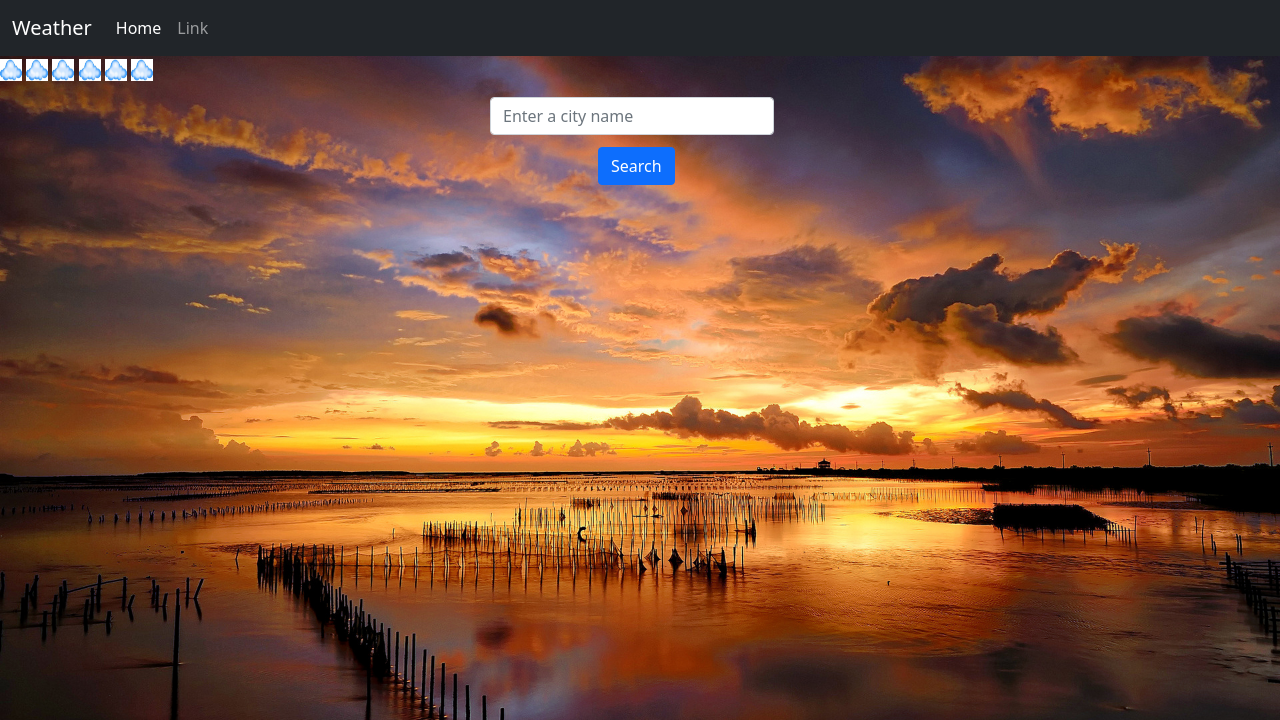
Repository: rohitbharti258/Project_Weather_finder
Page: index.html
These files come from the project's save history. The page is drawn as it stood at one moment and after the next save; the edit follows.
The browser window is 1280 px wide. The pictures show the whole page.

Above is the page before, as saved 2022-02-28 12:52:44.

### index.html
<!DOCTYPE html>
<html lang="en">

<head>
    <meta charset="UTF-8">
    <meta http-equiv="X-UA-Compatible" content="IE=edge">
    <meta name="viewport" content="width=device-width, initial-scale=1.0">
    <title>Weather App</title>
    <link rel="stylesheet" href="style.css">
    <link href="https://cdn.jsdelivr.net/npm/bootstrap@5.1.3/dist/css/bootstrap.min.css" rel="stylesheet"
        integrity="sha384-1BmE4kWBq78iYhFldvKuhfTAU6auU8tT94WrHftjDbrCEXSU1oBoqyl2QvZ6jIW3" crossorigin="anonymous">
</head>

<body>
    <nav class="navbar navbar-expand-lg navbar-dark bg-dark">
        <div class="container-fluid">
            <a class="navbar-brand" href="#">Weather</a>
            <button class="navbar-toggler" type="button" data-bs-toggle="collapse"
                data-bs-target="#navbarSupportedContent" aria-controls="navbarSupportedContent" aria-expanded="false"
                aria-label="Toggle navigation">
                <span class="navbar-toggler-icon"></span>
            </button>
            <div class="collapse navbar-collapse" id="navbarSupportedContent">
                <ul class="navbar-nav me-auto mb-2 mb-lg-0">
                    <li class="nav-item">
                        <a class="nav-link active" aria-current="page" href="#">Home</a>
                    </li>
                    <li class="nav-item">
                        <a class="nav-link" href="#">Link</a>
                    </li>
                </ul>
            </div>
        </div>
    </nav>
    <div class="cloud">
        <img src="./clouds.jpg" alt="" srcset="">
        <img src="./clouds.jpg" alt="" srcset="">
        <img src="./clouds.jpg" alt="" srcset="">
        <img src="./clouds.jpg" alt="" srcset="">
        <img src="./clouds.jpg" alt="" srcset="">
        <img src="./clouds.jpg" alt="" srcset="">
    </div>
    <div class="container my-3">
        <div class="form">
        <form class="row g-3 ">
            <div class="col-auto" style="width: 300px;">
                <input type="text" class="form-control" id="inputPassword2" placeholder="Enter a city name">
            </div>
            <div class="col-auto">
                <button type="submit" class="btn btn-primary mb-3">Search</button>
            </div>
        </form>
        </div>
    <!-- </div> -->
    <div class="weatherBox">

    </div>
    </div>
    <script src="index.js"></script>
    <!-- <script src="https://cdn.jsdelivr.net/npm/@popperjs/core@2.10.2/dist/umd/popper.min.js"
        integrity="sha384-7+zCNj/IqJ95wo16oMtfsKbZ9ccEh31eOz1HGyDuCQ6wgnyJNSYdrPa03rtR1zdB"
        crossorigin="anonymous"></script>
    <script src="https://cdn.jsdelivr.net/npm/bootstrap@5.1.3/dist/js/bootstrap.min.js"
        integrity="sha384-QJHtvGhmr9XOIpI6YVutG+2QOK9T+ZnN4kzFN1RtK3zEFEIsxhlmWl5/YESvpZ13"
        crossorigin="anonymous"></script>
    <script type="module" src="https://unpkg.com/ionicons@5.5.2/dist/ionicons/ionicons.esm.js"></script>
    <script nomodule src="https://unpkg.com/ionicons@5.5.2/dist/ionicons/ionicons.js"></script> -->
</body>

<!-- // <img src="https://img.icons8.com/color/48/000000/wet.png"/>
// <img src="https://img.icons8.com/color/48/000000/partly-cloudy-day--v1.png"/>
// <img src="https://img.icons8.com/color/48/000000/rain--v2.png"/>  -->


</html>

### style.css
body {
    /* background:linear-gradient(180deg,#5959b3 0%,skyBlue 100%); */
    background: url("./img/bgimg.jpg");
    /* background: url("https://cdn.wallpapersafari.com/43/51/iQEfDy.jpg"); */
    background-repeat: no-repeat;
    background-size: cover;
    width: 100vw;
    height: 100vh;
}

.form {
    width: 300px;
    margin: 0 auto;
}

.weatherBox {
    margin-left: 120px;
    width: 235px;
    height: 300px;
    margin: 0 auto;
}

.Box {
    display: flex;
    flex-direction: column;
    width: 100%;
    box-shadow: 0px 20px 20px rgba(255, 255, 255, 0.3);
    height: 100%;
    /* border:2px solid; */
    /* border-color: linear-gradient(red,blue); */
    border-radius: 10px;
}

.temp {
    margin-bottom: 15px;
    display: flex;
    justify-content: space-around;
    flex-direction: column;
    float: right;
    font-size: 13px;
    position: absolute;
    right: 40px;
    font-family: -apple-system, BlinkMacSystemFont, 'Segoe UI', Roboto, Oxygen, Ubuntu, Cantarell, 'Open Sans', 'Helvetica Neue', sans-serif;
}

.tempNow {
    text-align: center;
}

.minmax {
    display: flex;
    justify-content: center;
    /* display: none; */
}

.minmax :first-child {
    margin-right: 5px;
}

.cardBox {
    /* border: 2px solid red; */
    width: 100%;
    height: 100%;
    position: relative;
    display: flex;
    justify-content: center;
    align-items: center;
    z-index: 10;
    background: linear-gradient( 135deg, #2196f3, #00bcd4);
    /* border-radius: 20px; */
    /* border-bottom: 2px solid red; */
}

.content {
    width: 100%;
    height: 170px;
    /* border: 1px solid green; */
    /* border: 1px solid #009688; */
    /* border-radius: 20px; */
    border-top: none;
    padding: 30px;
    position: relative;
    backdrop-filter: blur(10px);
    background: linear-gradient( 45deg, black, transparent);
}


/* .content::before{
    content: "";
    position: absolute;
    top: -15px;
    width: 16px;
    left: -1px;
    z-index: 1;
    background: linear-gradient(45deg,black,transparent);
        backdrop-filter:blur(10px);
    height: 16px; */


/* } */


/* .content::after{
    content: "";
    position: absolute;
    top: -12px;
    width: 1px;
    right: -1px; background:#009688;
    height: 10px;
} */

.location {
    display: flex;
    justify-content: space-between;
}

.weather {
    display: flex;
    justify-content: space-between;
}

img {
    width: 22px;
    height: 22px;
}

span p {
    text-align: center;
}

.cardinfo {
    width: 350px;
    display: flex;
}

.date {
    position: absolute;
    top: 0;
    right: 10px;
}

.name {
    position: absolute;
    top: 0;
    left: 10px;
}

.cloudinfo img {
    width: 68px;
    height: 68px;
}

.cloudinfo p {
    font-size: 13px;
    color: rgb(15, 7, 7);
    text-align: center;
}

.content span {
    text-align: center;
}

span p {
    font-size: 10px;
    color: white;
    text-align: center;
    display: flex;
    flex-direction: column;
    align-items: center;
    margin: 0;
}

.form :nth-child(2) {
    margin: 12px auto;
    width: 100px;
}

### index.js
console.log("Weather app")
const btn = document.querySelector(".btn");
const input = document.querySelector(".form-control");
const api = "51d41d6f1c399b2abc7a3fcbfbb057c7";
const weatherBox = document.querySelector(".weatherBox")
let city = "";
const arr = ["Jan", "Feb", "Mar", "Apr", "May", "Jun", "Jul", "Aug", "Sep", "Oct", "Nov", "Dec"];
btn.addEventListener("click", (e) => {
    console.log(e);
    e.preventDefault();
    let str2 = ""
    city = input.value;
    console.log(city)
    input.value = ""
    const xhr = new XMLHttpRequest();
    xhr.open("GET", `https://api.openweathermap.org/data/2.5/weather?q=${city}&appid=${api}`, true);

    xhr.onload = function() {
        let obj = JSON.parse(this.responseText);
        console.log(obj.cod)
        if (obj.cod === 429) {
            str2 += obj.message;
            weatherBox.innerHTML = str2;
        } else
        if (this.status == 200) {

            let ob = [];
            // console.log(ob.push(...obj))/
            let cardbox = document.querySelector(".cardBox");
            let content = document.querySelector(".content")
            str = "";
            str2 = "";
            let sunrise = displayEndtime(obj.sys.sunrise);
            let sunset = displayEndtime(obj.sys.sunset);
            let date = displayDay();
            let c = `&#8451`;
            if (obj.cod == "404") {

            } else {
                str += `
            <div class="Box">
                <div class="cardBox">
                    <div class="cloudinfo">
                      <img src=${"./img/"}${obj.weather[0].main}${".png"}>
                      <p>${obj.weather[0].main}${" | "}${"Feels like "}${(obj.main.feels_like-273).toFixed(0)}${c}</p>
                    </div>
                    <div class="name">
                       <span>${obj.name}${" ,"}${obj.sys.country}</span>
                    </div>
                    <div class="date">
                       <p>${date}</p>
                    </div>
                    <div class="temp">
                        <span class="tempNow">${(obj.main.temp -273.15).toFixed(0)}${c}</span>
                        <div class="minmax">
                           <span class="mintemp">${(obj.main.temp_min-273.15).toFixed(0)}${c}</span>
                           <span class="maxtemp">${(obj.main.temp_max-273.15).toFixed(0)}${c}</span>
                        </div>
                    </div>
                </div>
                <div class="content">
                    <div class="weather">
                        <span class="humidity"><img src="./img/blur.png"/>
                           <p>${obj.main.humidity}${"%"}</p>
                           <p>Humidity</p>
                        </span>
                        <span class="wind"><img src="./img/wind.png"/>
                           <p>${obj.wind.speed}${"m/s"}</p>
                           <p>Wind</p>
                        </span>
                        <span class="sunrise"> <img src="./img/sunrise.png"/>
                           <p>${sunrise}</p>
                           <p>Sunrise</p>
                        </span>
                    </div>
                    <div class="location">
                        <span class="lat">  <img src="./img/latitude.png"/>
                          <p>${obj.coord.lat.toFixed(2)}</p>
                          <p>Latitude</p>
                        </span>
                        <span class="lon"> <img src="./img/longitude.png"/>
                          <p>${obj.coord.lon.toFixed(2)}</p><p>Longitude</p></span>
                        <span class="sunrise"><img src="./img/sunset.png"/>
                          <p>${sunset}</p>
                          <p>Sunset</p>
                        </span>
                    </div>
                </div>
            </div>`;
                weatherBox.innerHTML = str;
                // console.log(str);
            }
        } else {
            console.log("error");
            str2 += "City not found";
            weatherBox.innerHTML = str2;
        }
    }
    xhr.send();
});

function displayEndtime(tstamp) {
    const end = new Date(tstamp);

    const hour = end.getHours();
    const min = end.getMinutes();
    const dis = `${hour > 12 ? hour - 12 : hour}:${min < 10 ? "0" : ""}${min}`;
    return dis;
}

function displayDay() {
    const end = new Date();

    const date = end.getDate();
    const mon = end.getMonth();
    const dis = `${arr[mon]}${","}${date}`;
    return dis;
}

After the next save:
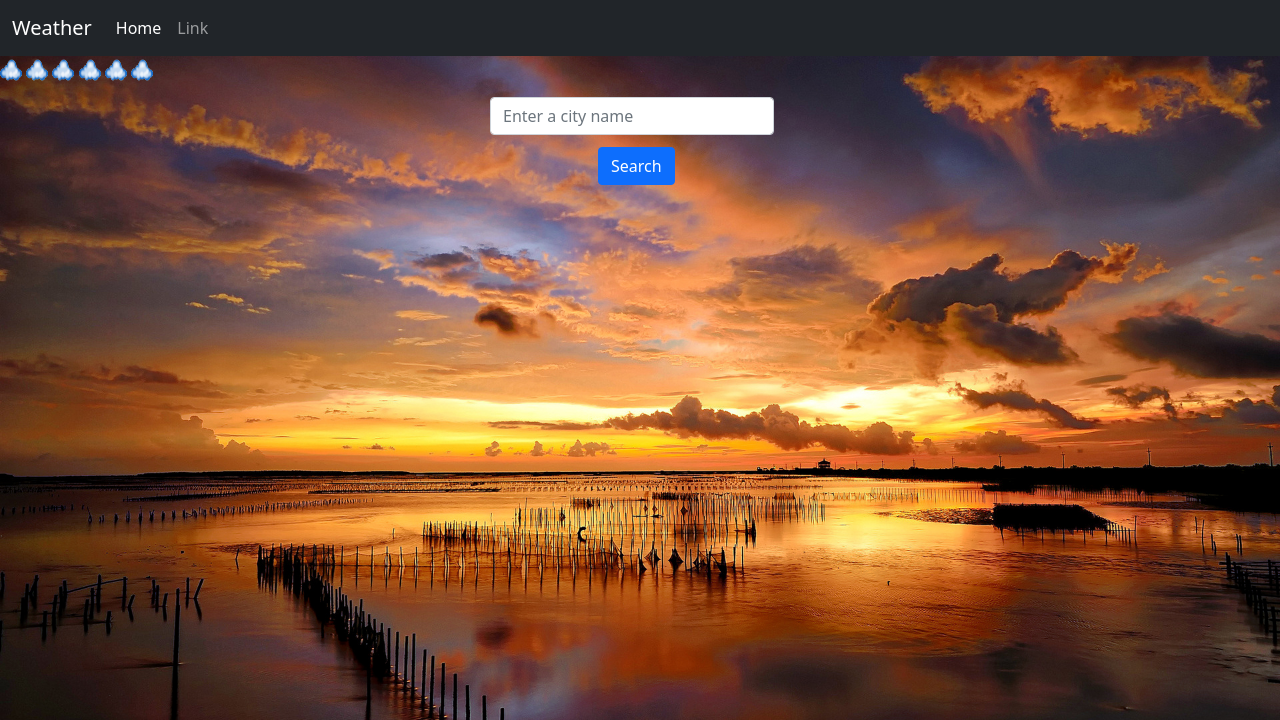
Saved 29 s later.
--- a/index.html
+++ b/index.html
@@ -33,12 +33,12 @@
         </div>
     </nav>
     <div class="cloud">
-        <img src="./clouds.jpg" alt="" srcset="">
-        <img src="./clouds.jpg" alt="" srcset="">
-        <img src="./clouds.jpg" alt="" srcset="">
-        <img src="./clouds.jpg" alt="" srcset="">
-        <img src="./clouds.jpg" alt="" srcset="">
-        <img src="./clouds.jpg" alt="" srcset="">
+        <img src="./cloud.png" alt="" srcset="">
+        <img src="./cloud.png" alt="" srcset="">
+        <img src="./cloud.png" alt="" srcset="">
+        <img src="./cloud.png" alt="" srcset="">
+        <img src="./cloud.png" alt="" srcset="">
+        <img src="./cloud.png" alt="" srcset="">
     </div>
     <div class="container my-3">
         <div class="form">
